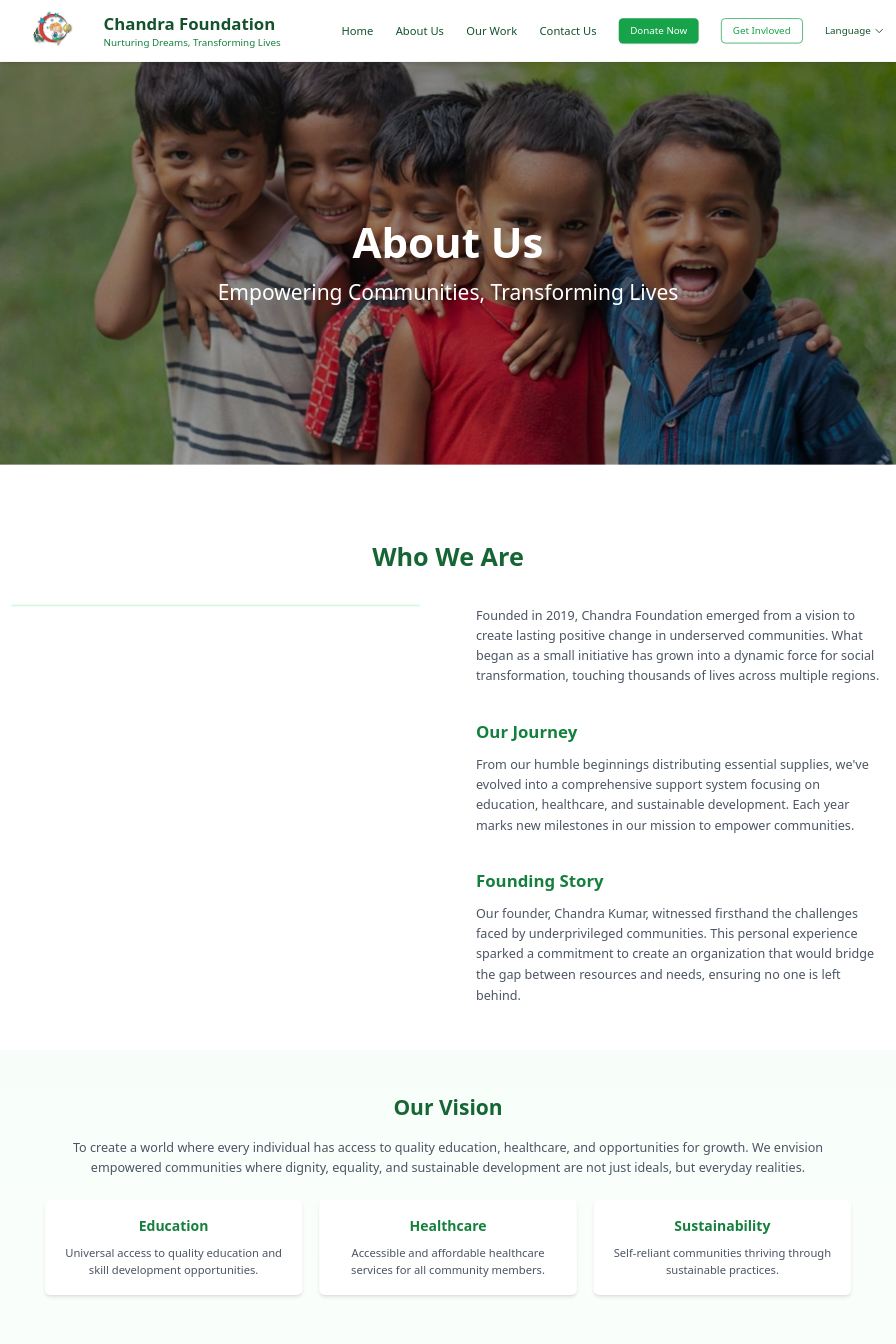
Repository: rajukumar2003/chandra-foundation
Page: /aboutus
The author's editor kept a copy of each file at every save. The page is drawn from the files as they stood at one save, then again after a run of saves.
The browser window is 1280 px wide. The pictures show the part of the page from y = 0 to 1920 px (the page is 3915 px tall), at 70% of full size.
The project was rebuilt for these pictures with package versions that can differ from the ones it lists, and the page was loaded fresh each time. The framework's server and built-in components were replaced by stand-ins that run in the browser. Also part of the build but not shown: next.config.ts.

Above is the page before, as saved 2025-01-30 14:47:50.

After the next 2 saves:
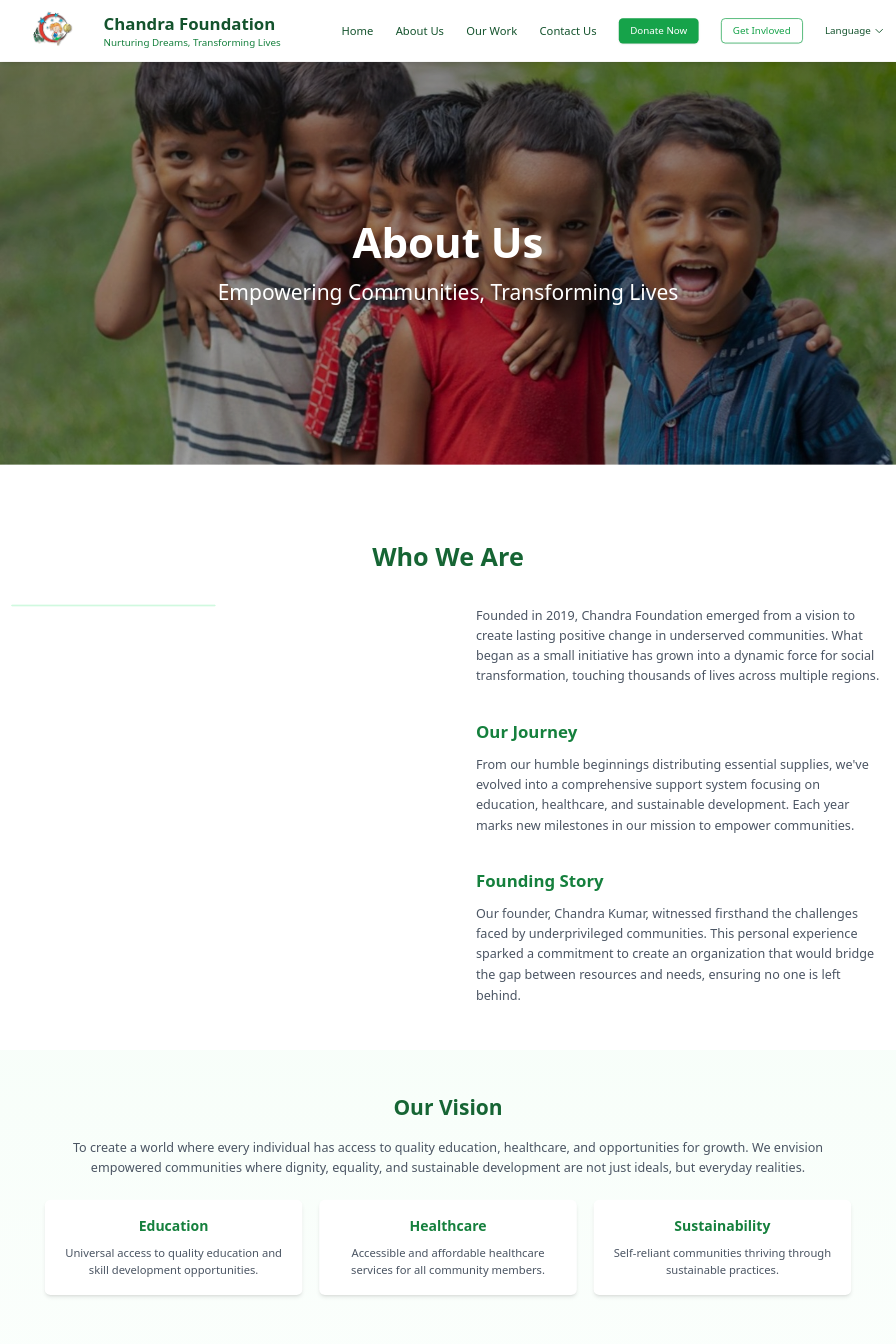
The 2 saves are shown as one change because they came seconds apart.
The last was saved 8 s later.
--- a/app/components/AboutIntro.tsx
+++ b/app/components/AboutIntro.tsx
@@ -18,7 +18,7 @@
             transition={{ duration: 0.6 }}
             className="relative"
           >
-            <div className="h-80% w-80% relative rounded-3xl overflow-hidden border border-green-200">
+            <div className="h-80% w-1/2 relative rounded-3xl overflow-hidden border border-green-200">
               <Image
                 src="/images/aboutus.png"
                 alt="Making a difference in communities"

After the 2 saves that followed:
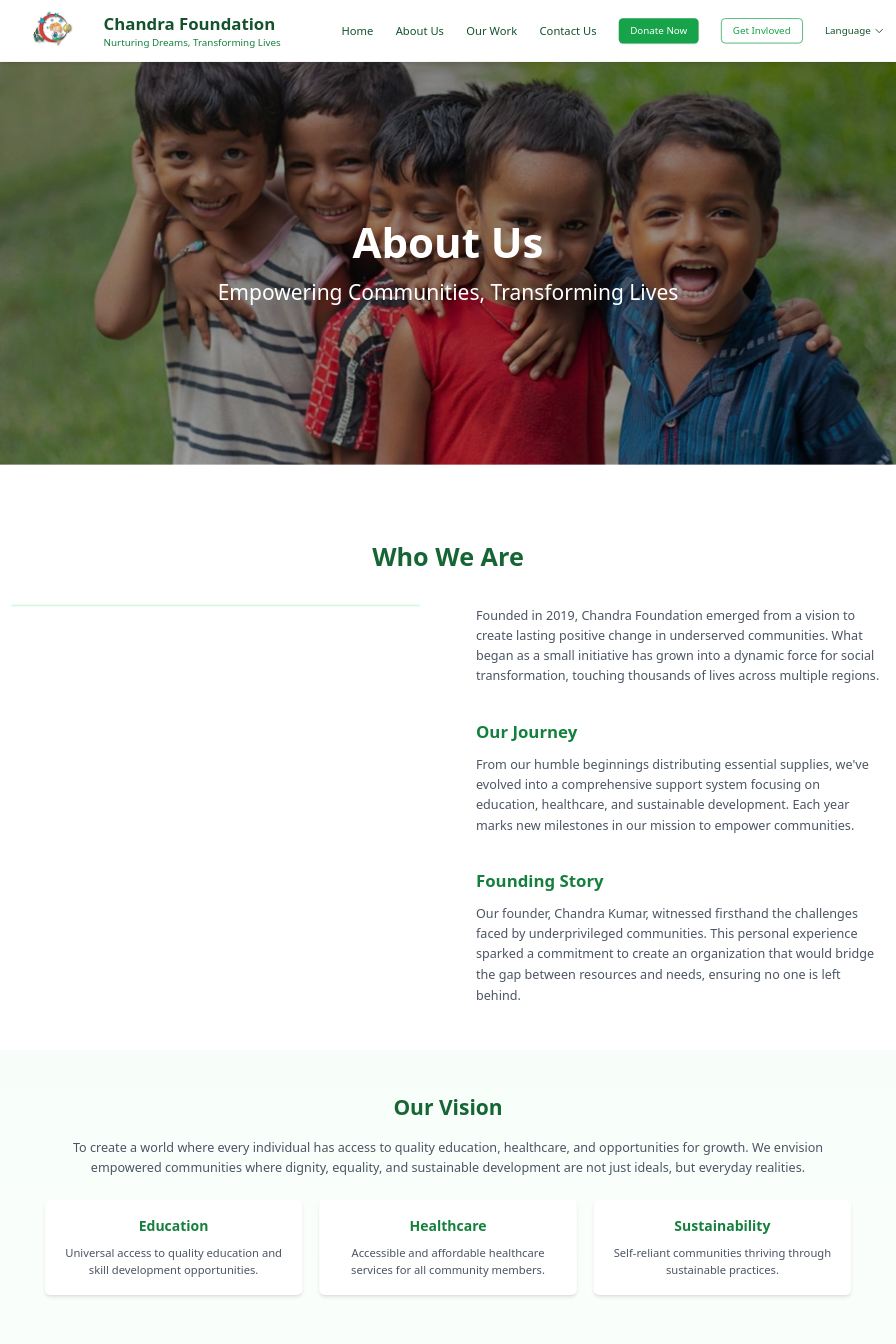
The 2 saves are shown as one change because 1 left the picture as it was.
The last was saved 31 s later.
--- a/app/components/AboutIntro.tsx
+++ b/app/components/AboutIntro.tsx
@@ -18,7 +18,7 @@
             transition={{ duration: 0.6 }}
             className="relative"
           >
-            <div className="h-80% w-1/2 relative rounded-3xl overflow-hidden border border-green-200">
+            <div className="h-full w-full relative rounded-3xl overflow-hidden border border-green-200">
               <Image
                 src="/images/aboutus.png"
                 alt="Making a difference in communities"
